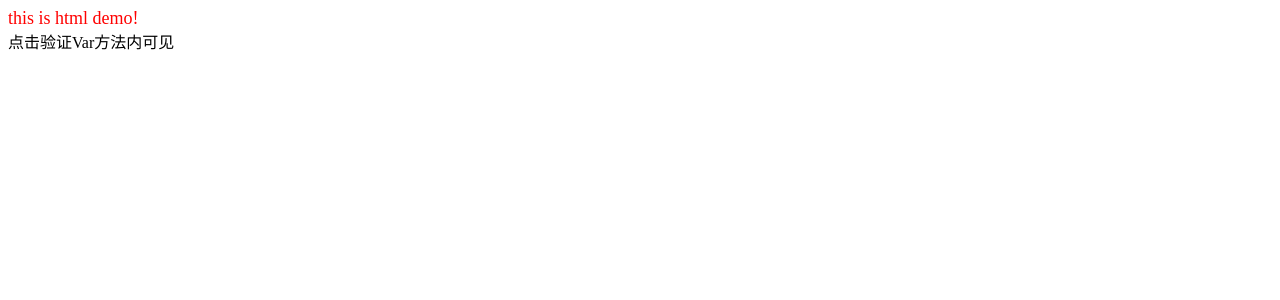
Repository: gavin2010/Frontend_html
Page: demo.html
These files come from the project's save history. The page is drawn as it stood at one moment and after the next save; the edit follows.
The browser window is 1280 px wide. The pictures show the whole page.

Above is the page before, as saved 2023-03-04 05:55:48.
Console error: ReferenceError: bodyOnload is not defined

After the next save:
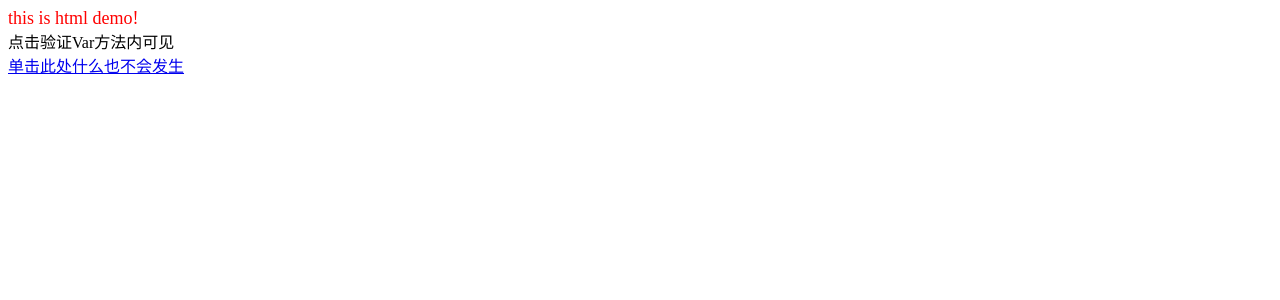
Saved 35 min 10 s later.
--- a/demo.html
+++ b/demo.html
@@ -21,6 +21,7 @@
     <div>
         <span onclick="verifyVarFun();">点击验证Var方法内可见</span>
     </div>
+    <a href="javascript:void(0)">单击此处什么也不会发生</a>
 </body>
 
 </html>
